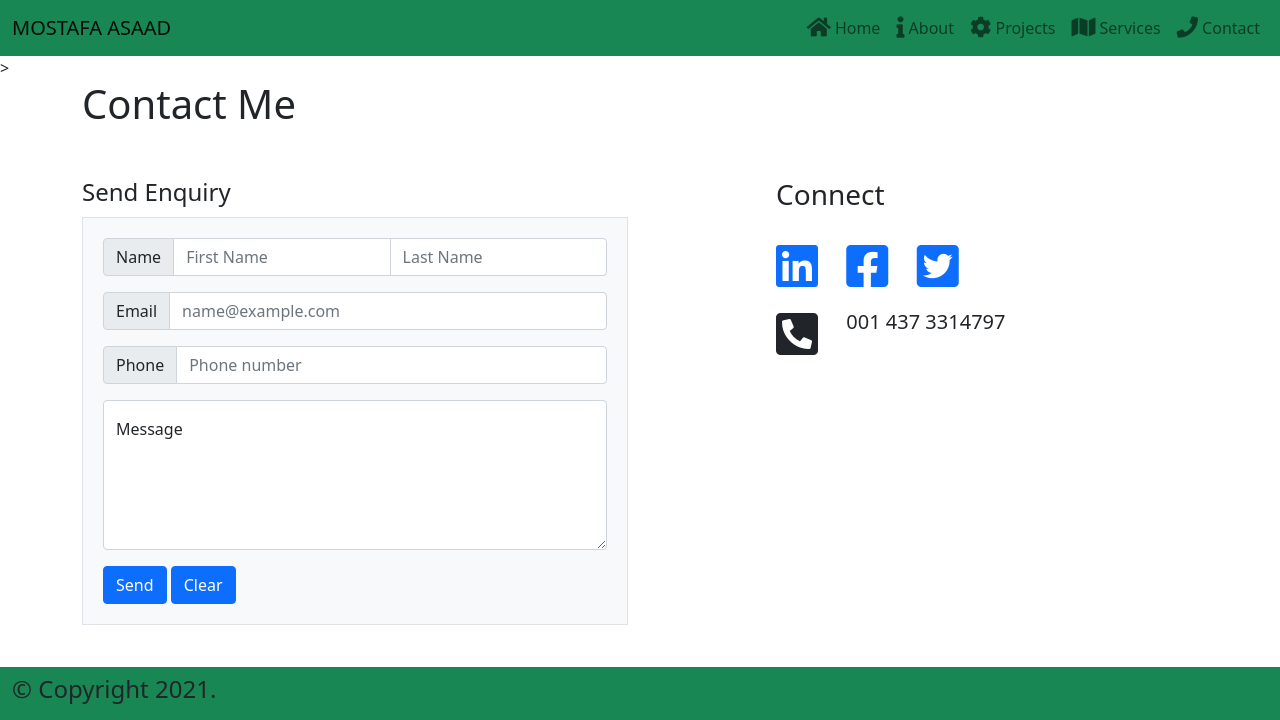
Repository: Mostafa-Asaad/Portfolio
Page: http://localhost/contact
The author's editor kept a copy of each file at every save. The page is drawn from the files as they stood at one save, then again after a run of saves.
The browser window is 1280 px wide. The pictures show the whole page.
The page is served by the project's Node server (index.js).

Above is the page before, as saved 2021-06-04 17:12:06.

After the next 2 saves:
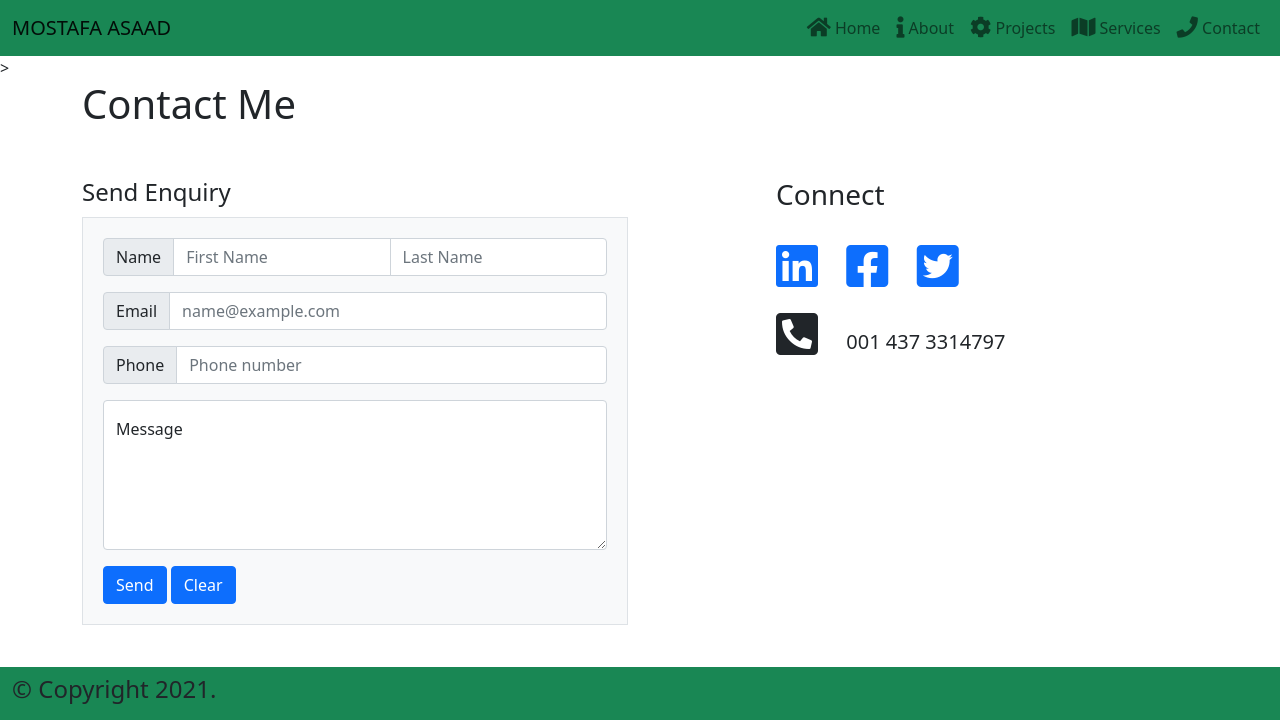
The 2 saves are shown as one change because they came seconds apart.
The last was saved 74 s later.
--- a/Server/Views/content/contact.ejs
+++ b/Server/Views/content/contact.ejs
@@ -63,7 +63,7 @@
             <div class="col-2 margin-bottom:30px">
               <i class="fas fa-phone-square-alt fa-3x"></i>
             </div>
-            <div class="col-6 margin:30px">
+            <div class="col-6" style= "margin-top:20px;">
               <h5>001 437 3314797</h5>
             </div>
           </div>
